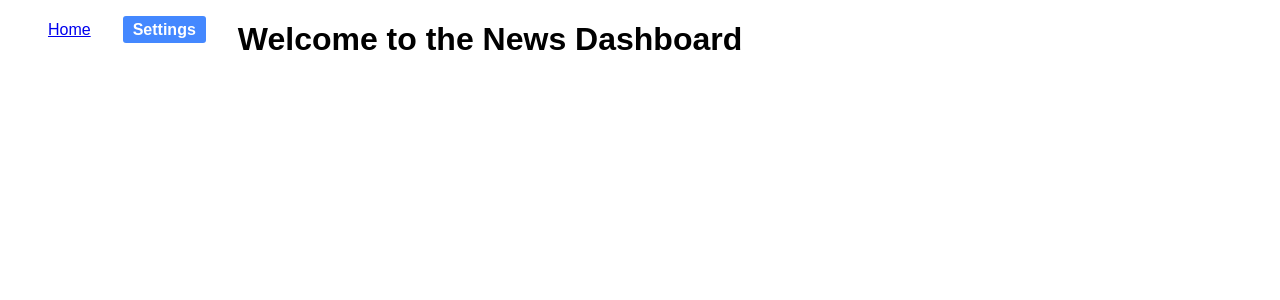
Repository: ErikBaer/News-of-the-World
Page: views/home.html
The author's editor kept a copy of each file at every save. The page is drawn from the files as they stood at one save, then again after the next save.
The browser window is 1280 px wide. The pictures show the whole page.

Above is the page before, as saved 2020-01-19 13:38:51.

After the next save:
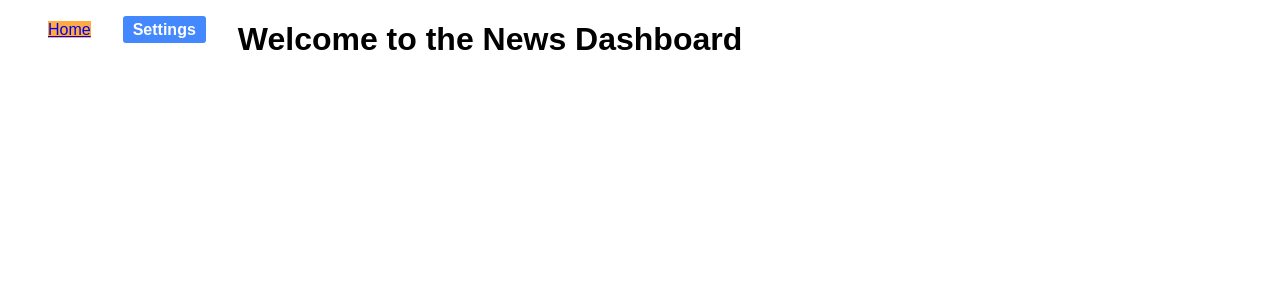
Saved 31 s later.
--- a/public/css/style.css
+++ b/public/css/style.css
@@ -22,5 +22,9 @@ nav {
 
 .nav-link-active,
 .nav-link.active:hover {
+    background-color: #ffaa44
+}
 
+.nav-link:hover {
+    background-color: #5599ff
 }
